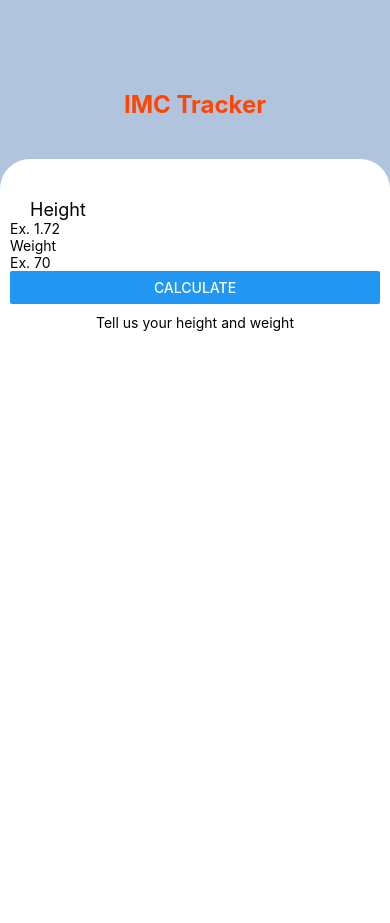
Repository: rubenmatias08/IMCTracker
Screen: /
The author's editor kept a copy of each file at every save. The screen is drawn from the files as they stood at one save, then again after the next save.
The app was drawn by React Native's web renderer in a window 390 px wide. The project was rebuilt for these pictures with package versions that can differ from the ones it lists, and the page was loaded fresh each time.

Above is the screen before, as saved 2024-03-10 18:47:31.

After the next save:
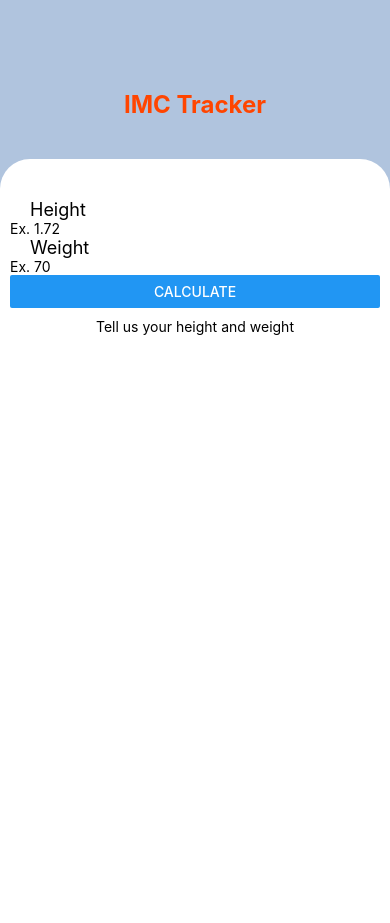
Saved 43 s later.
--- a/src/components/Form/index.js
+++ b/src/components/Form/index.js
@@ -47,7 +47,7 @@ export default function Form(){
                 keyboardType="numeric"
                 />
 
-                <Text>Weight</Text>
+                <Text style={styles.formLabel}>Weight</Text>
                 <TextInput
                 onChangeText={setWeight}
                 value={weight}
